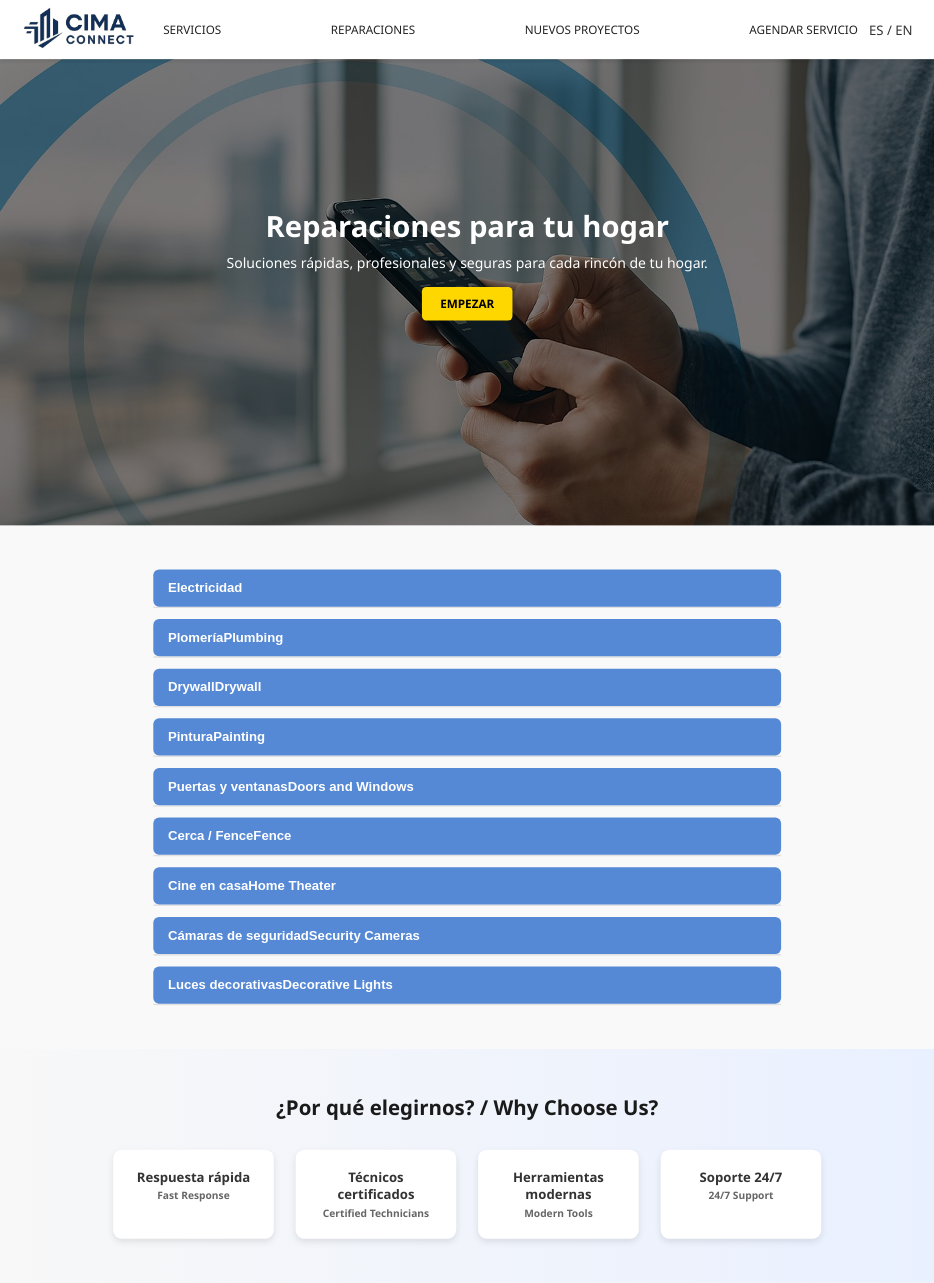
Repository: medranokaren/cima-connect
Page: reparaciones.html
An editor plug-in stored every save of this project. The page is shown before and after the next save, followed by the edit.
The browser window is 1280 px wide. The pictures show the whole page, at 73% of full size.

Above is the page before, as saved 2025-07-28 19:51:50.

### reparaciones.html
 <!DOCTYPE html>
<html lang="es">
<head>
  <meta charset="UTF-8" />
  <meta name="viewport" content="width=device-width, initial-scale=1.0"/>
  <title>Reparaciones | CIMA CONNECT</title>
  <link rel="stylesheet" href="style.css" />
</head>
<body>
<header class="menu-bar">
  <a href="index.html">
    <img src="logo5.jpg" alt="CIMA CONNECT Logo" class="logo-header">
  </a>
  <nav class="main-nav">
    <ul>
      <li><a href="servicios.html"><span class="es">SERVICIOS</span><span class="en" style="display:none;">SERVICES</span></a></li>
      <li><a href="reparaciones.html"><span class="es">REPARACIONES</span><span class="en" style="display:none;">REPAIRS</span></a></li>
      <li><a href="index.html#proyectos"><span class="es">NUEVOS PROYECTOS</span><span class="en" style="display:none;">NEW PROJECTS</span></a></li>
      <li><a href="index.html#agenda"><span class="es">AGENDAR SERVICIO</span><span class="en" style="display:none;">BOOK SERVICE</span></a></li>
    </ul>
  </nav>
  <div class="lang-switch" onclick="toggleLang()">ES / EN</div>
</header>

<section class="hero-reparaciones">
  <img src="reparacionesportada.jpg" alt="Reparaciones CIMA CONNECT">
  <div class="overlay-hero">
    <h1><span class="es">Reparaciones para tu hogar</span><span class="en" style="display:none;">Home Repair Services</span></h1>
    <p><span class="es">Soluciones rápidas, profesionales y seguras para cada rincón de tu hogar.</span><span class="en" style="display:none;">Fast, professional, and safe solutions for every corner of your home.</span></p>
    <a href="#acordeon" class="btn-empezar"><span class="es">EMPEZAR</span><span class="en" style="display:none;">GET STARTED</span></a>
  </div>
</section>

<section id="acordeon" class="acordeon-container">

  <!--  Electricidad -->
  <div class="acordeon-item">
    <button class="acordeon-boton"> <span class="es">Electricidad</span><span class="en" style="display:none;">Electricity</span></button>
    <div class="acordeon-contenido">
      <ul>
        <li><span class="es">Cambiar focos</span><span class="en">Change light bulbs</span></li>
        <li><span class="es">Agregar breaker</span><span class="en">Add breaker</span></li>
        <li><span class="es">Revisión de corto</span><span class="en">Short circuit check</span></li>
        <li><span class="es">Instalación de abanico</span><span class="en">Fan installation</span></li>
        <li><span class="es">Panel o subpanel</span><span class="en">Panel or subpanel</span></li>
      </ul>
      <button class="btn-agendar"><span class="es">AGENDAR</span><span class="en">BOOK</span></button>
    </div>
  </div>

  <!--  Plomería -->
  <div class="acordeon-item">
    <button class="acordeon-boton"> <span class="es">Plomería</span><span class="en">Plumbing</span></button>
    <div class="acordeon-contenido">
      <ul>
        <li><span class="es">Fugas en fregadero</span><span class="en">Sink leaks</span></li>
        <li><span class="es">Cambio de grifo</span><span class="en">Faucet replacement</span></li>
        <li><span class="es">Reemplazo de inodoro</span><span class="en">Toilet replacement</span></li>
        <li><span class="es">Destapar regadera</span><span class="en">Unclog shower</span></li>
        <li><span class="es">Instalación de calentador</span><span class="en">Water heater installation</span></li>
      </ul>
      <button class="btn-agendar"><span class="es">AGENDAR</span><span class="en">BOOK</span></button>
    </div>
  </div>

  <!--  Drywall -->
  <div class="acordeon-item">
    <button class="acordeon-boton"> <span class="es">Drywall</span><span class="en">Drywall</span></button>
    <div class="acordeon-contenido">
      <ul>
        <li><span class="es">Tapar agujeros</span><span class="en">Patch holes</span></li>
        <li><span class="es">Reemplazar paneles</span><span class="en">Replace panels</span></li>
        <li><span class="es">Aplicar textura</span><span class="en">Apply texture</span></li>
        <li><span class="es">Reparar humedad</span><span class="en">Fix moisture damage</span></li>
        <li><span class="es">Parches por impacto</span><span class="en">Impact patches</span></li>
      </ul>
      <button class="btn-agendar"><span class="es">AGENDAR</span><span class="en">BOOK</span></button>
    </div>
  </div>

  <!--  Pintura -->
  <div class="acordeon-item">
    <button class="acordeon-boton"> <span class="es">Pintura</span><span class="en">Painting</span></button>
    <div class="acordeon-contenido">
      <ul>
        <li><span class="es">Pintura de cuarto completo</span><span class="en">Full room painting</span></li>
        <li><span class="es">Retocar pintura</span><span class="en">Touch-up paint</span></li>
        <li><span class="es">Pintar molduras</span><span class="en">Trim & door painting</span></li>
        <li><span class="es">Sellado previo</span><span class="en">Pre-sealing</span></li>
        <li><span class="es">Pintura de techos</span><span class="en">Ceiling painting</span></li>
      </ul>
      <button class="btn-agendar"><span class="es">AGENDAR</span><span class="en">BOOK</span></button>
    </div>
  </div>

  <!--  Puertas y Ventanas -->
  <div class="acordeon-item">
    <button class="acordeon-boton"> <span class="es">Puertas y ventanas</span><span class="en">Doors and Windows</span></button>
    <div class="acordeon-contenido">
      <ul>
        <li><span class="es">Ajuste de puerta</span><span class="en">Door adjustment</span></li>
        <li><span class="es">Cambio de manija</span><span class="en">Handle replacement</span></li>
        <li><span class="es">Instalación de puerta</span><span class="en">New door install</span></li>
        <li><span class="es">Sellado de ventana</span><span class="en">Window sealing</span></li>
      </ul>
      <button class="btn-agendar"><span class="es">AGENDAR</span><span class="en">BOOK</span></button>
    </div>
  </div>

  <!--  Fence -->
  <div class="acordeon-item">
    <button class="acordeon-boton"> <span class="es">Cerca / Fence</span><span class="en">Fence</span></button>
    <div class="acordeon-contenido">
      <ul>
        <li><span class="es">Reparar fence</span><span class="en">Fix broken fence</span></li>
        <li><span class="es">Cambiar tablas</span><span class="en">Replace boards</span></li>
        <li><span class="es">Ajuste de portón</span><span class="en">Gate adjustment</span></li>
        <li><span class="es">Pintura o sellado</span><span class="en">Paint/seal fence</span></li>
      </ul>
      <button class="btn-agendar"><span class="es">AGENDAR</span><span class="en">BOOK</span></button>
    </div>
  </div>

  <!--  Cine en casa -->
  <div class="acordeon-item">
    <button class="acordeon-boton"> <span class="es">Cine en casa</span><span class="en">Home Theater</span></button>
    <div class="acordeon-contenido">
      <ul>
        <li><span class="es">Instalación de bocinas</span><span class="en">Speaker installation</span></li>
        <li><span class="es">Instalación de proyector</span><span class="en">Projector setup</span></li>
        <li><span class="es">Configuración de audio</span><span class="en">Audio configuration</span></li>
        <li><span class="es">Cableado oculto</span><span class="en">Hidden wiring</span></li>
      </ul>
      <button class="btn-agendar"><span class="es">AGENDAR</span><span class="en">BOOK</span></button>
    </div>
  </div>

  <!--  Cámaras -->
  <div class="acordeon-item">
    <button class="acordeon-boton"> <span class="es">Cámaras de seguridad</span><span class="en">Security Cameras</span></button>
    <div class="acordeon-contenido">
      <ul>
        <li><span class="es">Instalación de cámaras</span><span class="en">Camera installation</span></li>
        <li><span class="es">Configuración de app</span><span class="en">App configuration</span></li>
        <li><span class="es">Ajuste de ángulos</span><span class="en">Angle adjustments</span></li>
        <li><span class="es">Revisión del sistema</span><span class="en">System check</span></li>
      </ul>
      <button class="btn-agendar"><span class="es">AGENDAR</span><span class="en">BOOK</span></button>
    </div>
  </div>

  <!--  Luces decorativas -->
  <div class="acordeon-item">
    <button class="acordeon-boton"> <span class="es">Luces decorativas</span><span class="en">Decorative Lights</span></button>
    <div class="acordeon-contenido">
      <ul>
        <li><span class="es">Instalación navideña</span><span class="en">Holiday installation</span></li>
        <li><span class="es">Luces LED inteligentes</span><span class="en">Smart LED lights</span></li>
        <li><span class="es">Colocación en techos</span><span class="en">Roof/railing lights</span></li>
      </ul>
      <button class="btn-agendar"><span class="es">AGENDAR</span><span class="en">BOOK</span></button>
    </div>
  </div>

</section>

<section class="why-choose">
  <h2>¿Por qué elegirnos? / Why Choose Us?</h2>
  <div class="features">
    <div class="feature-box">
      <i class="fas fa-bolt"></i>
      <h3>Respuesta rápida<br><span>Fast Response</span></h3>
    </div>
    <div class="feature-box">
      <i class="fas fa-user-hard-hat"></i>
      <h3>Técnicos certificados<br><span>Certified Technicians</span></h3>
    </div>
    <div class="feature-box">
      <i class="fas fa-tools"></i>
      <h3>Herramientas modernas<br><span>Modern Tools</span></h3>
    </div>
    <div class="feature-box">
      <i class="fas fa-headset"></i>
      <h3>Soporte 24/7<br><span>24/7 Support</span></h3>
    </div>
  </div>
</section>


<script src="script.js"></script>
</body>
</html>

Loaded but not shown: script.js (254 lines, source omitted); style.css (1347 lines, source omitted)

After the next save:
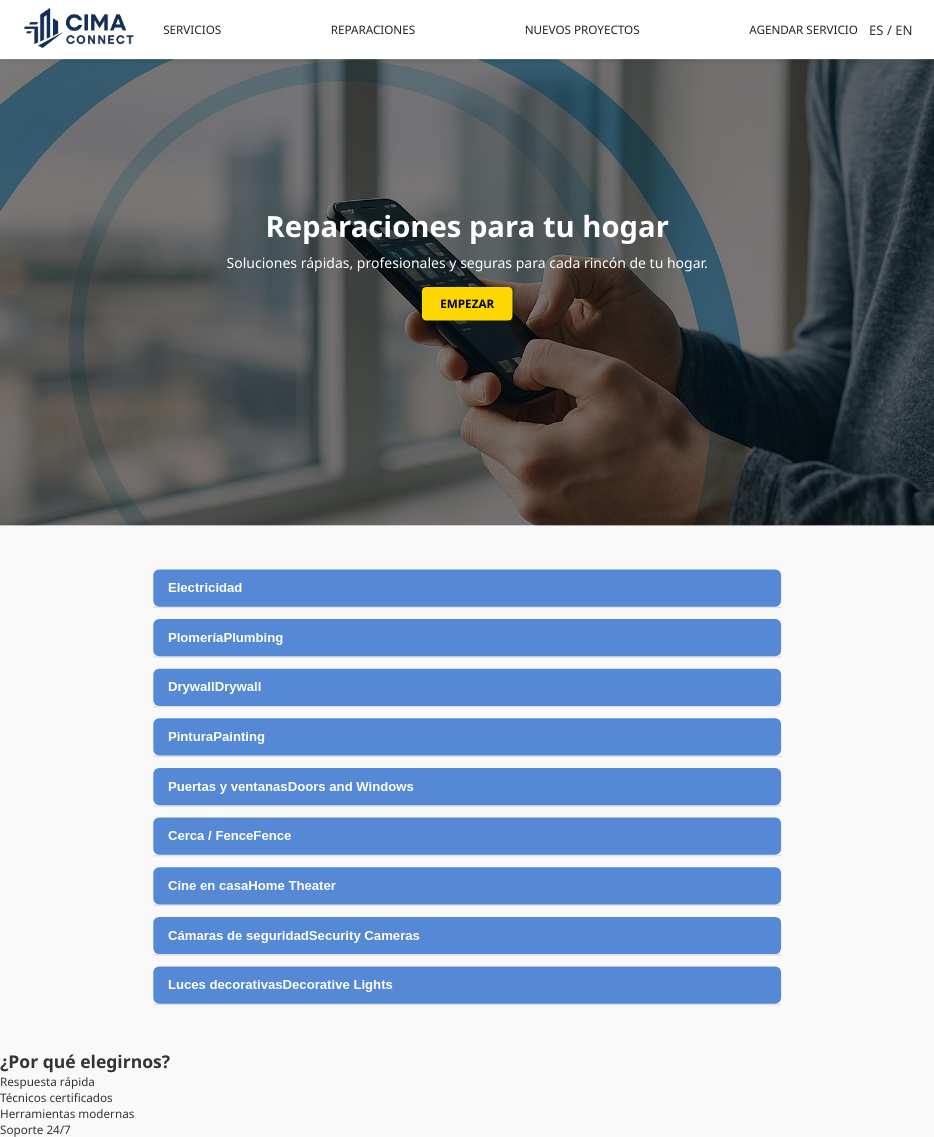
Saved 4 min 13 s later.
--- a/reparaciones.html
+++ b/reparaciones.html
@@ -164,24 +164,28 @@
 
 </section>
 
-<section class="why-choose">
-  <h2>¿Por qué elegirnos? / Why Choose Us?</h2>
-  <div class="features">
-    <div class="feature-box">
-      <i class="fas fa-bolt"></i>
-      <h3>Respuesta rápida<br><span>Fast Response</span></h3>
+<!--  seccion tarjetas -->
+  <section class="porque-elegirnos">
+  <h2>
+    <span class="es">¿Por qué elegirnos?</span>
+    <span class="en" style="display: none;">Why Choose Us?</span>
+  </h2>
+  <div class="ventajas">
+    <div class="ventaja">
+      <span class="es">Respuesta rápida</span>
+      <span class="en" style="display: none;">Fast Response</span>
     </div>
-    <div class="feature-box">
-      <i class="fas fa-user-hard-hat"></i>
-      <h3>Técnicos certificados<br><span>Certified Technicians</span></h3>
+    <div class="ventaja">
+      <span class="es">Técnicos certificados</span>
+      <span class="en" style="display: none;">Certified Technicians</span>
     </div>
-    <div class="feature-box">
-      <i class="fas fa-tools"></i>
-      <h3>Herramientas modernas<br><span>Modern Tools</span></h3>
+    <div class="ventaja">
+      <span class="es">Herramientas modernas</span>
+      <span class="en" style="display: none;">Modern Tools</span>
     </div>
-    <div class="feature-box">
-      <i class="fas fa-headset"></i>
-      <h3>Soporte 24/7<br><span>24/7 Support</span></h3>
+    <div class="ventaja">
+      <span class="es">Soporte 24/7</span>
+      <span class="en" style="display: none;">24/7 Support</span>
     </div>
   </div>
 </section>
